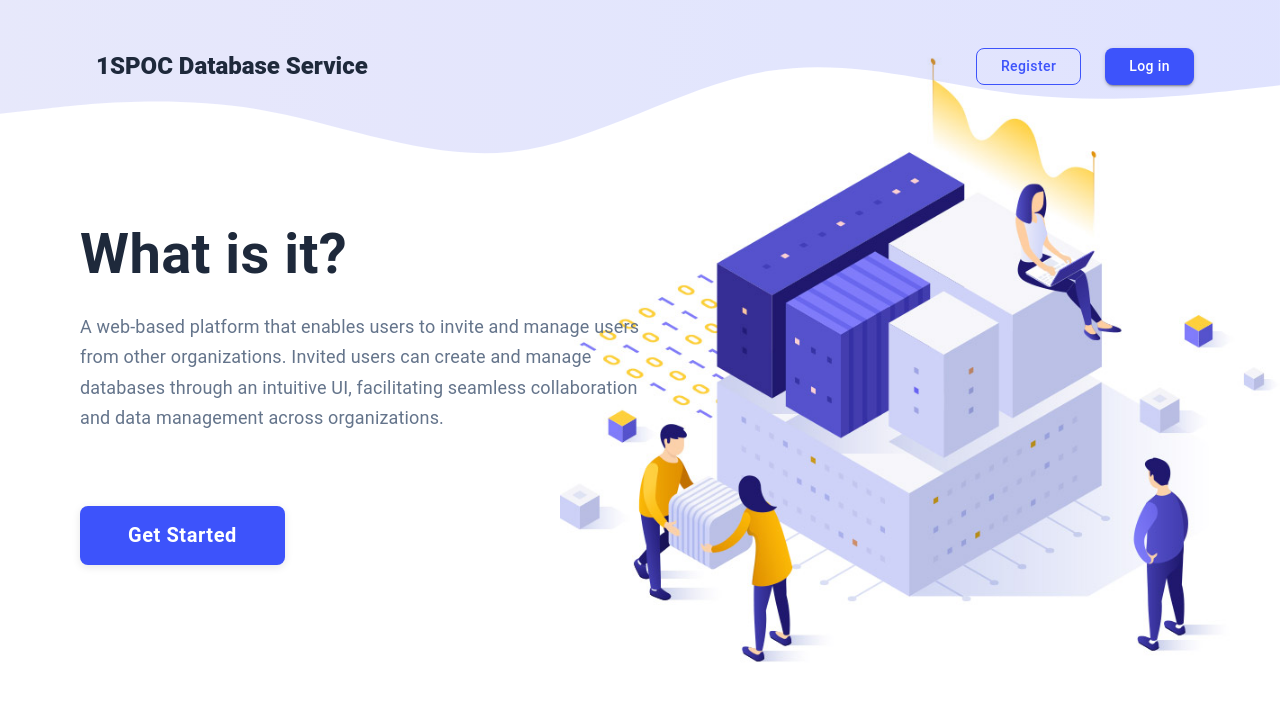
Repository: TanmayVaidya742/DbService
Page: / (app in frontend/)
These files come from the project's save history. The page is drawn as it stood at one moment and after a run of saves; the edit follows.
The browser window is 1280 px wide. The pictures show the whole page.
The page's requests for data from a server got no answer. The project was rebuilt for these pictures with package versions that can differ from the ones it lists, and the page was loaded fresh each time. No one was signed in, and anything a server would have sent is missing. Also part of the build but not shown: frontend/src/components/Login.js, frontend/src/components/Register.js, frontend/src/components/Dashboard.js, frontend/src/components/AddDatabaseDialog.js, frontend/src/components/UserDashboard.js, frontend/src/components/Organizations.js, frontend/src/components/EditTableDialog.js, frontend/src/components/CreateTableDialog.js and 3 more.

Above is the page before, as saved 2025-05-08 10:53:08.

### frontend/src/App.js
import React, { useState, useEffect } from 'react';
import { BrowserRouter as Router, Routes, Route, Navigate } from 'react-router-dom';
import { ThemeProvider, createTheme } from '@mui/material';
import Login from './components/Login';
import Register from './components/Register';
import Dashboard from './components/Dashboard';
import LandingPage from './components/LandingPage';
import UserDashboard from './components/UserDashboard';
import Organizations from './components/Organizations';
import axios from 'axios';
import DatabaseDetails from './components/DatabaseDetails';
import './styles/theme.css';
import PricingPlans from './components/PricingPlans';


const theme = createTheme({
  palette: {
    primary: {
      main: '#1976d2',
    },
    secondary: {
      main: '#dc004e',
    },
  },
});

const PrivateRoute = ({ children }) => {
  const token = localStorage.getItem('token');
  return token ? children : <Navigate to="/" />;
};

function App() {
  const [hasUsers, setHasUsers] = useState(null);
  const [loading, setLoading] = useState(true);

  useEffect(() => {
    const checkUsers = async () => {
      try {
        const response = await axios.get('http://localhost:5000/api/auth/check-users');
        setHasUsers(response.data.hasUsers);
      } catch (error) {
        console.error('Error checking users:', error);
        setHasUsers(false);
      } finally {
        setLoading(false);
      }
    };

    checkUsers();
  }, []);

  if (loading) {
    return <div>Loading...</div>;
  }

  return (
    <ThemeProvider theme={theme}>
      <Router>
        <Routes>
          <Route path="/" element={<LandingPage />} />
          <Route
            path="/login"
            element={<Login />}
          />
          <Route
            path="/register"
            element={<Register />}
          />
          <Route
            path="/superadmin-dashboard"
            element={
              <PrivateRoute>
                <Dashboard />
              </PrivateRoute>
            }
          />
          <Route path="/databases" element={<UserDashboard />} />
          <Route path="/organizations" element={<Organizations />} />
          <Route path="/database/:dbName" element={<DatabaseDetails />} />
          <Route path="/pricing" element={<PricingPlans />} />


        </Routes>
      </Router>
    </ThemeProvider>
  );
}

export default App;

### frontend/src/styles/theme.css
:root {
  /* Color Palette - Blue Theme */
  --primary-color: #3d53fb; /* Tailwind's blue-500 */
  --primary-hover: #6b9efc; /* Tailwind's blue-600 */
  --primary-light: rgba(59, 130, 246, 0.08);
  --primary-light-hover: rgba(59, 130, 246, 0.12);
  --primary-text: white;

  --secondary-color: #6e74eb; /* Tailwind's blue-400 */
  --error-color: #515ff9;     /* Tailwind's red-500 */
  --success-color: #10b981;   /* Tailwind's emerald-500 */
  --warning-color: #f59e0b;   /* Tailwind's amber-500 */
  --info-color: #0ea5e9;      /* Tailwind's sky-500 */

  /* Background Colors */
  --bg-primary: #ffffff;
  --bg-secondary: #ffffff;    /* Tailwind's slate-50 */
  --bg-paper: #ffffff;

  /* Text Colors */
  --text-primary: #1e293b;    /* Tailwind's slate-800 */
  --text-secondary: #64748b;  /* Tailwind's slate-600 */
  --text-disabled: #94a3b8;   /* Tailwind's slate-400 */

  /* Borders */
  --border-color: rgba(0, 0, 0, 0.12);
  --border-radius: 8px;
  --border-radius-sm: 4px;

  /* Typography */
  --font-family: 'Roboto', 'Helvetica', 'Arial', sans-serif;
  --font-size-base: 1rem;
  --font-size-small: 0.875rem;
  --font-size-large: 1.25rem;

  /* Shadows */
  --shadow-sm: 0 1px 3px rgba(0,0,0,0.12);
  --shadow-md: 0 4px 6px rgba(0,0,0,0.1);
  --shadow-lg: 0 6px 20px rgba(0,0,0,0.1);

  /* Spacing */
  --spacing-unit: 8px;
}

/* Typography classes */
body {
  font-family: var(--font-family);
  color: var(--text-primary);
  background-color: var(--bg-secondary);
}

h1, h2, h3, h4, h5, h6 {
  color: var(--text-primary);
  font-weight: 600;
}

### frontend/src/components/LandingPage.js
import React from 'react';
import { useNavigate } from 'react-router-dom';
import { Button, Container, Typography, Grid } from '@mui/material';
import { styled } from '@mui/material/styles';

const MainSection = styled('section')({
  minHeight: '100vh',
  position: 'relative',
  overflow: 'hidden',
  overflowY: 'hidden',
  backgroundColor: 'rgba(250, 247, 247, 0.1)',
  backgroundImage: 'url(/assets/images/database.jpg)',
  backgroundPosition: 'center right',
  backgroundRepeat: 'no-repeat',
  backgroundSize: 'contain',
  display: 'flex',
  flexDirection: 'column',
  justifyContent: 'center', // Center content vertically
});

const WaveBackground = styled('div')({
  position: 'absolute',
  top: 0,
  left: 0,
  right: 0,
  zIndex: 0,
  opacity: 0.8, // Slightly reduce opacity for better blending
});

const Navbar = styled('nav')({
  position: 'relative',
  zIndex: 2,
  padding: '1.5rem 0', // Increased padding for better spacing
});

const NavContent = styled('div')({
  display: 'flex',
  justifyContent: 'space-between',
  alignItems: 'center',
  padding: '0 1rem', // Add padding for better alignment
});

const LogoContainer = styled('div')({
  display: 'flex',
  alignItems: 'center',
});

const NavButtons = styled('div')({
  display: 'flex',
  gap: '1.5rem', // Increased gap for better spacing between buttons
  justifyContent: 'flex-end',
});

const MainContent = styled('main')({
  position: 'relative',
  zIndex: 1,
  marginTop: '4rem', // Reduced to bring content closer to navbar
  flexGrow: 1, // Allow content to take remaining space
});

const ButtonGroup = styled('div')({
  display: 'flex',
  gap: '1.5rem', // Increased gap for better spacing
  marginTop: '2.5rem', // Slightly increased for balance
});

const ContentContainer = styled('div')({
  display: 'flex',
  flexDirection: 'column',
  justifyContent: 'center',
  height: '100%',
  padding: '3rem', // Increased padding for better spacing
  borderRadius: 'var(--border-radius)',
  maxWidth: '600px', // Constrain width for better readability
});

const LandingPage = () => {
  const navigate = useNavigate();

  return (
    <MainSection>
      <WaveBackground>
        <svg xmlns="http://www.w3.org/2000/svg" viewBox="0 0 1440 320" style={{ display: 'block' }}>
          <defs>
            <linearGradient id="wave-gradient" x1="0%" y1="0%" x2="100%" y2="0%">
              <stop offset="0%" stopColor="var(--secondary-color)" />
              <stop offset="100%" stopColor="var(--primary-color)" />
            </linearGradient>
          </defs>
          <path
            fill="url(#wave-gradient)"
            fillOpacity="0.2"
            d="M0,128L48,122.7C96,117,192,107,288,122.7C384,139,480,181,576,170.7C672,160,768,96,864,80C960,64,1056,96,1152,106.7C1248,117,1344,107,1392,101.3L1440,96L1440,0L1392,0C1344,0,1248,0,1152,0C1056,0,960,0,864,0C768,0,672,0,576,0C480,0,384,0,288,0C192,0,96,0,48,0L0,0Z"
          />
        </svg>
      </WaveBackground>

      <Navbar>
        <Grid paddingLeft={10} marginTop={3}>
          <NavContent>
            <Typography
              variant="h5"
              sx={{
                color: 'var(--text-primary)',
                fontWeight: 900,

                cursor: 'pointer',
                '&:hover': { color: 'var(--primary-color)' }
              }}
              onClick={() => navigate('/')}
            >
              1SPOC Database Service
            </Typography>
            <NavButtons>
            <Button
                variant="outlined"
                sx={{
                  borderColor: 'var(--primary-color)',
                  color: 'var(--primary-color)',
                  textTransform: 'none',
                  px: 3,
                  borderRadius: 'var(--border-radius)',
                  '&:hover': {
                    borderColor: 'var(--primary-hover)',
                    backgroundColor: 'var(--primary-light)',
                  }
                }}
                onClick={() => navigate('/register')}
              >
                Register
              </Button>
              <Button
                variant="contained"
                sx={{
                  bgcolor: 'var(--primary-color)',
                  color: 'var(--primary-text)',
                  textTransform: 'none',
                  px: 3,
                  borderRadius: 'var(--border-radius)',
                  '&:hover': {
                    bgcolor: 'var(--primary-hover)',
                  },
                  mr: '70px'


                }}
                onClick={() => navigate('/login')}
              >
                Log in
              </Button>
            </NavButtons>
          </NavContent>
        </Grid>
      </Navbar>

      <MainContent>
        <Grid maxWidth="lg">
          <Grid
            container
            spacing={4} // Reduced spacing for a tighter layout
            alignItems="center"
            justifyContent="flex-start"
            sx={{ minHeight: 'calc(100vh - 300px)' }}
          >
            <Grid item xs={12} md={6} sx={{ display: 'flex', flexDirection: 'column' }}>
              <ContentContainer>
                <Typography
                  variant="h4"
                  component="h3"
                  gutterBottom
                  sx={{
                    fontWeight: 700,
                    color: 'var(--text-primary)',
                    mb: 3,

                    ml: 4,
                    fontSize: { xs: '2.5rem', md: '3.5rem' },
                    lineHeight: 1.2,
                  }}
                >
                  What is it?
                </Typography>
                <Typography
                  variant="body1"
                  sx={{
                    color: 'var(--text-secondary)',
                    mb: 4,
                    ml:4,
                    fontSize: '1.125rem',
                    lineHeight: 1.7,
                    overflowWrap: 'break-word',
                    whiteSpace: 'normal',
                  }}
                >
                  A web-based platform that enables users to invite and manage users from other organizations. Invited users can create and manage databases through an intuitive UI, facilitating seamless collaboration and data management across organizations.
                </Typography>
                <ButtonGroup
                sx={{ml: 4}}>
                  <Button
                    variant="contained"
                    sx={{
                      bgcolor: 'var(--primary-color)',
                      color: 'var(--primary-text)',
                      textTransform: 'none',
                      px: 6,
                      py: 1.5,
                      fontSize: '1.25rem', // Increased font size for emphasis
                      fontWeight: 600, // Bold for emphasis
                      borderRadius: 'var(--border-radius)',
                      boxShadow: '0 2px 8px rgba(0, 0, 0, 0.1)', // Add subtle shadow
                      '&:hover': {
                        bgcolor: 'var(--primary-hover)',
                        boxShadow: '0 4px 12px rgba(0, 0, 0, 0.15)', // Enhanced hover effect
                      },
                    }}
                    onClick={() => navigate('/login')}
                  >
                    Get Started
                  </Button>
                </ButtonGroup>
              </ContentContainer>
            </Grid>
          </Grid>
        </Grid>
      </MainContent>
    </MainSection>
  );
};

export default LandingPage;

Loaded but not shown: frontend/public/index.html (common file); frontend/src/index.js (common file); frontend/src/index.css (common file); frontend/src/reportWebVitals.js (common file)

After the next 3 saves:
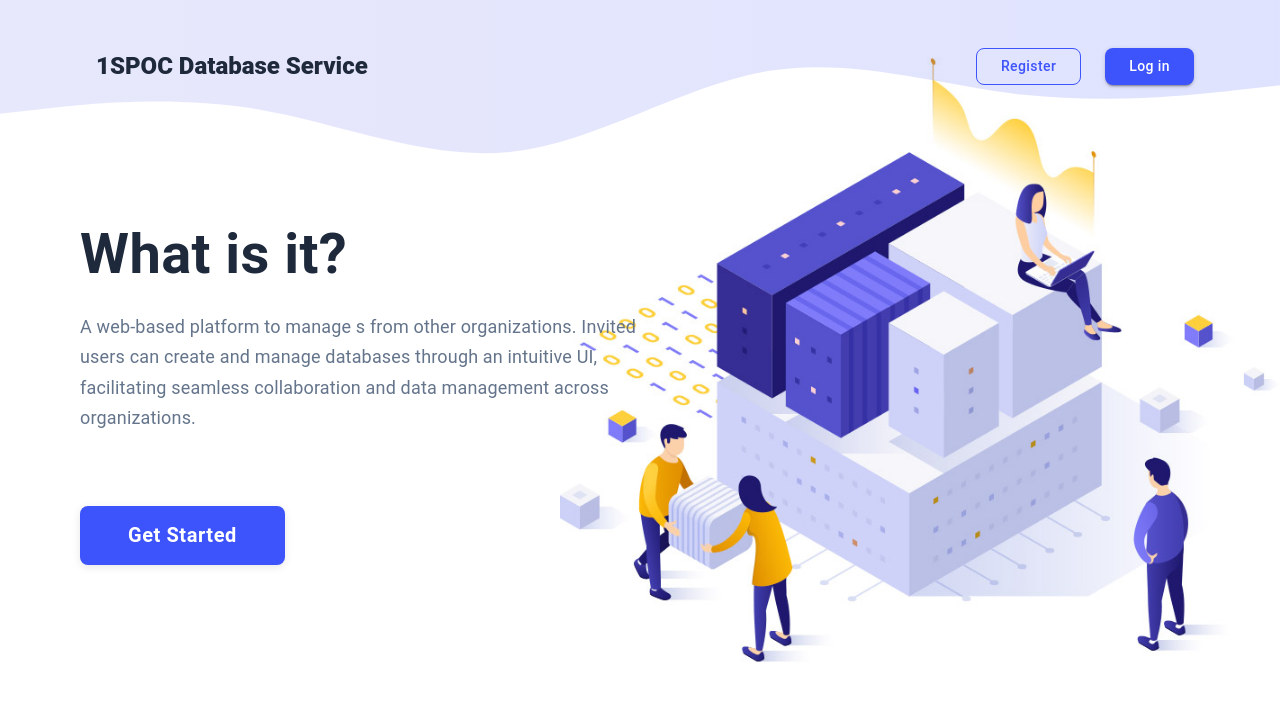
The 3 saves are shown as one change because they came seconds apart.
The last was saved 24 s later.
--- a/frontend/src/components/LandingPage.js
+++ b/frontend/src/components/LandingPage.js
@@ -192,7 +192,7 @@ const LandingPage = () => {
                     whiteSpace: 'normal',
                   }}
                 >
-                  A web-based platform that enables users to invite and manage users from other organizations. Invited users can create and manage databases through an intuitive UI, facilitating seamless collaboration and data management across organizations.
+                  A web-based platform to manage s from other organizations. Invited users can create and manage databases through an intuitive UI, facilitating seamless collaboration and data management across organizations.
                 </Typography>
                 <ButtonGroup
                 sx={{ml: 4}}>
